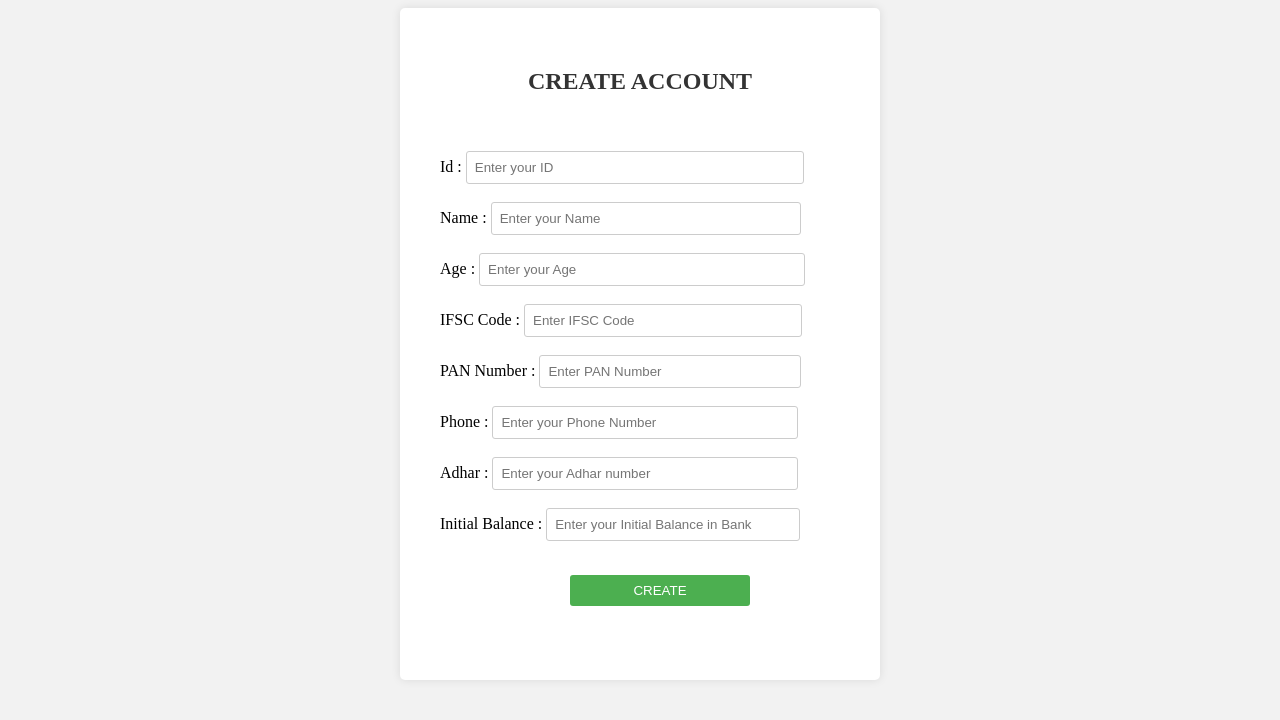
Repository: mansistic-0n3/Java_IGT
Page: Java Project/BankJSP/src/main/webapp/WEB-INF/create.html
These files come from the project's save history. The page is drawn as it stood at one moment and after the next save; the edit follows.
The browser window is 1280 px wide. The pictures show the whole page.

Above is the page before, as saved 2023-06-28 21:56:39.

### Java Project/BankJSP/src/main/webapp/WEB-INF/create.html
<!DOCTYPE html>
<html>
<head>
  <title>Registration Form</title>
</head>
<body style="background-color: #f2f2f2; ">
  <div style="max-width: 400px; margin: 0 auto; padding: 40px; background-color: #ffffff; border-radius: 5px; box-shadow: 0 0 10px rgba(0, 0, 0, 0.1);">
    <h2 style="text-align: center; color: #333333;">CREATE ACCOUNT</h2>
    <form action="create">
      <br><br>
        Id : <input type="text" name="id" placeholder="Enter your ID" style="width: 80%; padding: 8px; border-radius: 3px; border: 1px solid #cccccc;">
      <br><br>
        Name : <input type="text" name="name" placeholder="Enter your Name" style="width: 73%; padding: 8px; border-radius: 3px; border: 1px solid #cccccc;">
       <br><br>
        Age : <input type="text" name="age" placeholder="Enter your Age" style="width: 77%; padding: 8px; border-radius: 3px; border: 1px solid #cccccc;">
      <br><br>
        IFSC Code : <input type="text" name="ifsc" placeholder="Enter IFSC Code" style="width: 65%; padding: 8px; border-radius: 3px; border: 1px solid #cccccc;">
        <br><br>
        PAN Number : <input type="text" name="pan" placeholder="Enter PAN Number" style="width: 61%; padding: 8px; border-radius: 3px; border: 1px solid #cccccc;">
      <br><br>
        Phone : <input type="text" name="ph" placeholder="Enter your Phone Number" style="width: 72%; padding: 8px; border-radius: 3px; border: 1px solid #cccccc;">
       <br><br>
        Adhar : <input type="text" name="adhar" placeholder="Enter your Adhar number" style="width: 72%; padding: 8px; border-radius: 3px; border: 1px solid #cccccc;">
      <br><br>
        Initial Balance : <input type="text" name="ibal" placeholder="Enter your Initial Balance in Bank" style="width: 59%; padding: 8px; border-radius: 3px; border: 1px solid #cccccc;">
      <br><br><dir style="text-align: center;">
        <button type="submit" style="width: 50%; padding: 8px; border-radius: 3px; border: none; background-color: #4CAF50; color: #ffffff; cursor: pointer;">CREATE</button>
      </dir><br>
    </form>
  </div>
</body>
</html>

After the next save:
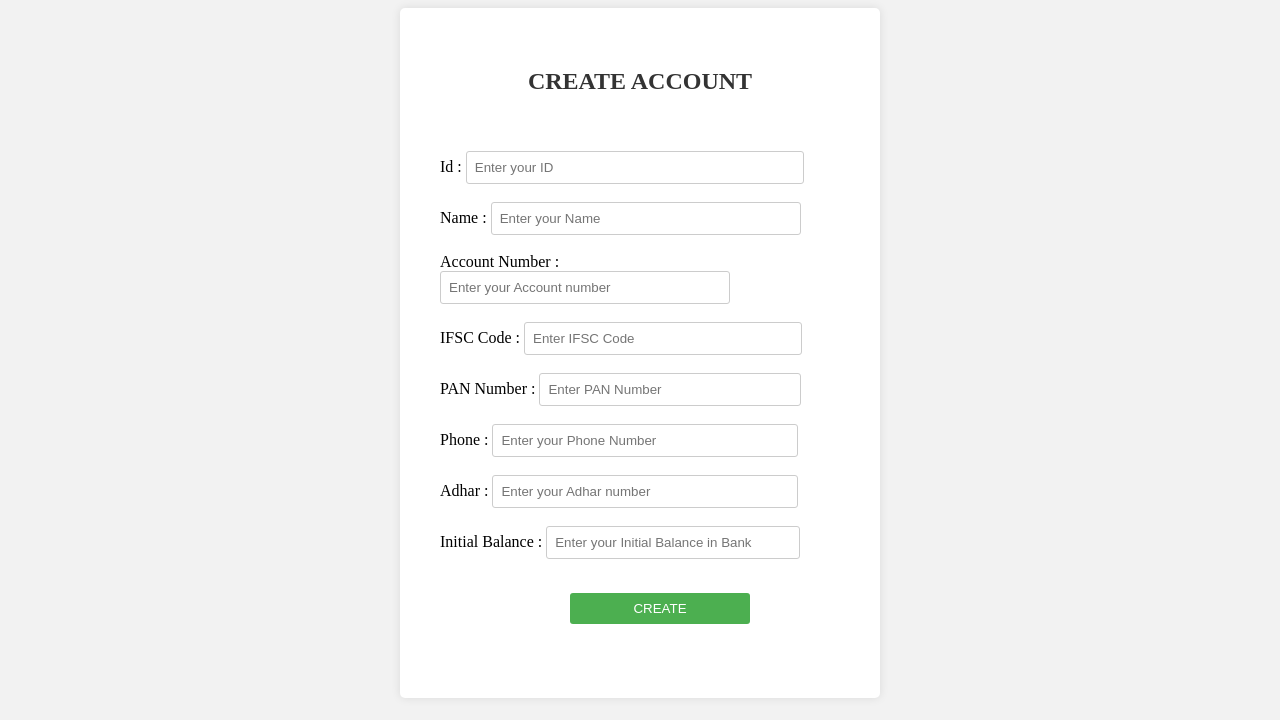
Saved 13 min 18 s later.
--- a/Java Project/BankJSP/src/main/webapp/WEB-INF/create.html
+++ b/Java Project/BankJSP/src/main/webapp/WEB-INF/create.html
@@ -12,7 +12,7 @@
       <br><br>
         Name : <input type="text" name="name" placeholder="Enter your Name" style="width: 73%; padding: 8px; border-radius: 3px; border: 1px solid #cccccc;">
        <br><br>
-        Age : <input type="text" name="age" placeholder="Enter your Age" style="width: 77%; padding: 8px; border-radius: 3px; border: 1px solid #cccccc;">
+        Account Number : <input type="text" name="acc" placeholder="Enter your Account number" style="width: 68%; padding: 8px; border-radius: 3px; border: 1px solid #cccccc;">
       <br><br>
         IFSC Code : <input type="text" name="ifsc" placeholder="Enter IFSC Code" style="width: 65%; padding: 8px; border-radius: 3px; border: 1px solid #cccccc;">
         <br><br>
